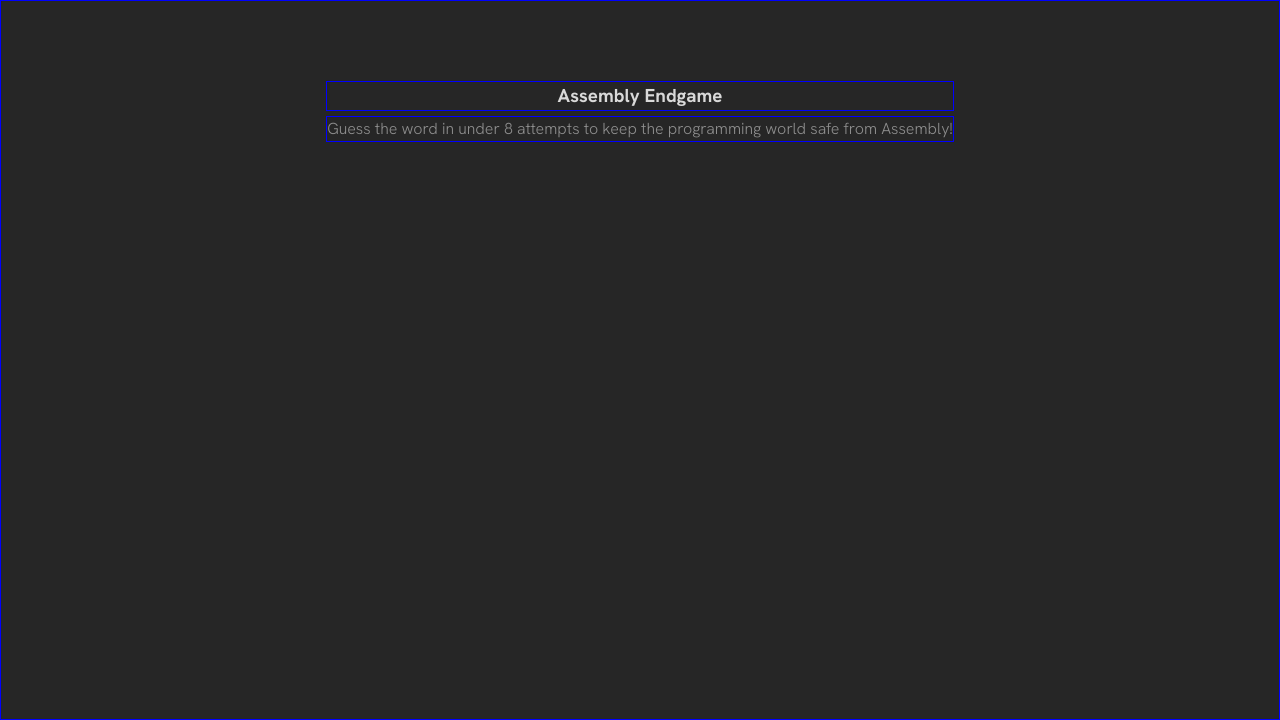
Repository: AchrafAzzaoui/AssemblyEndgame
Page: / (app in assembly-endgame/)
An editor plug-in stored every save of this project. The page is shown before and after the next save, followed by the edit.
The browser window is 1280 px wide. The pictures show the whole page.
The project was rebuilt for these pictures with package versions that can differ from the ones it lists, and the page was loaded fresh each time. Also part of the build but not shown: assembly-endgame/vite.config.js.

Above is the page before, as saved 2024-12-24 20:08:17.

After the next save:
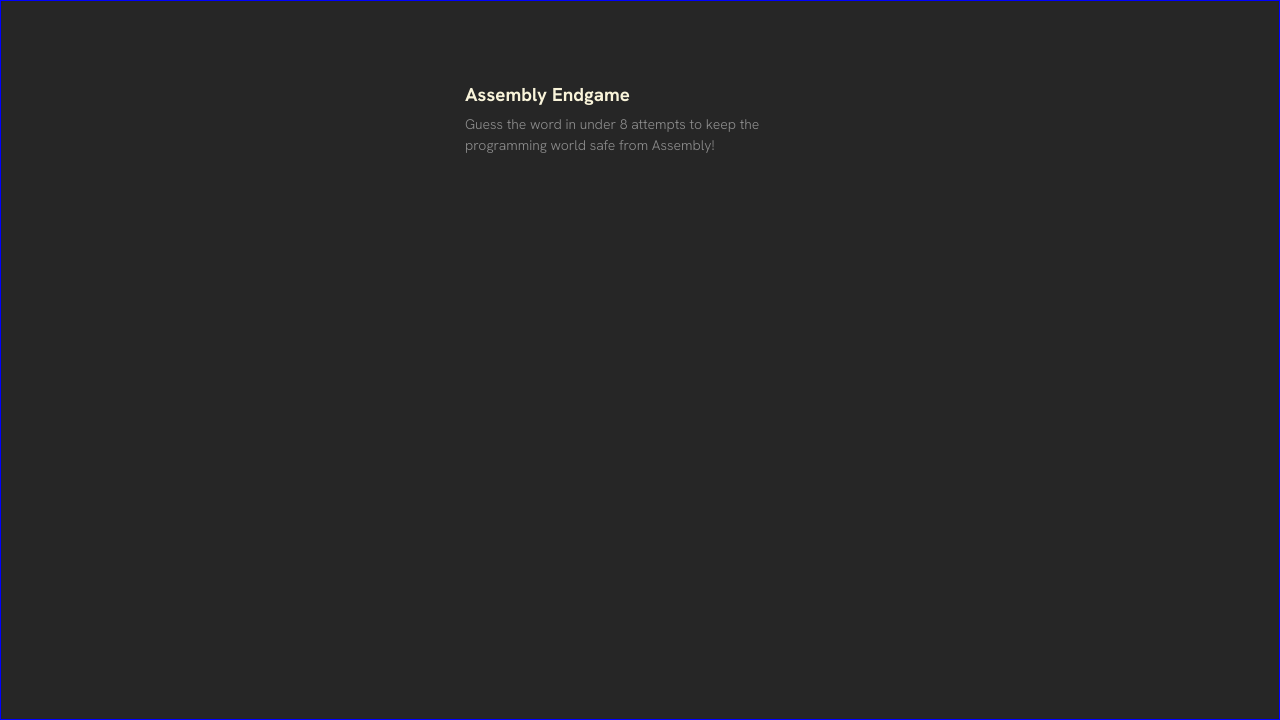
Saved 71 s later.
--- a/assembly-endgame/src/index.css
+++ b/assembly-endgame/src/index.css
@@ -14,14 +14,21 @@
   border: 1px solid blue;
 }
 
+.header{
+  text-align: center;
+}
 .game-title,
 .game-description {
-  text-align: center;
-  border: 1px solid blue;
   line-height: 1.5;
+}
+.game-title {
+  color: #F9F4DA;
 }
 .game-description {
   margin-top: 5px;
   font-weight: 300;
   color: #8e8e8e;
+  font-size: 0.875rem;
+  max-width: 350px;
+  color
 }
